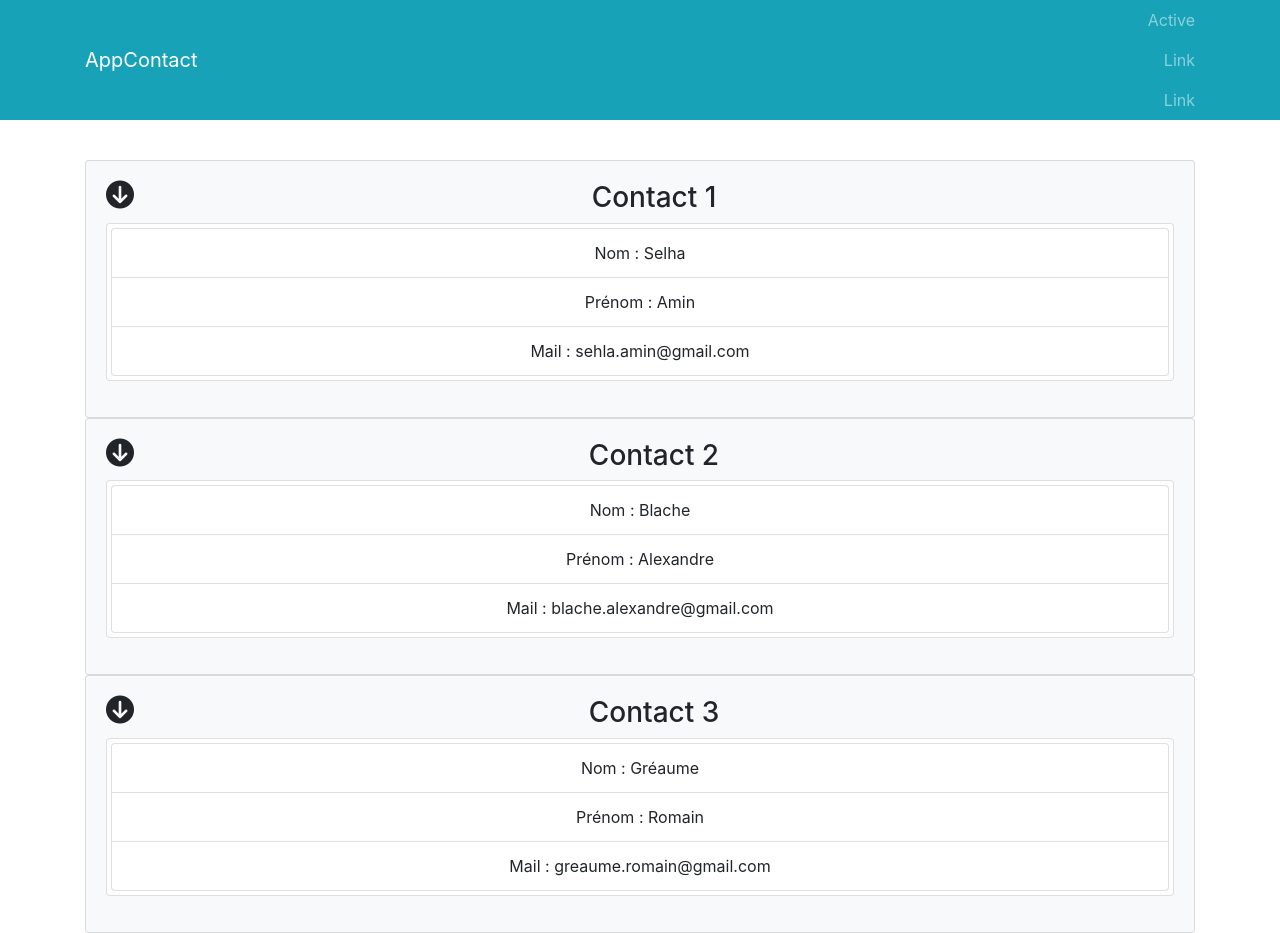
Repository: romgrm/appContact
Page: /
An editor plug-in stored every save of this project. The page is shown before and after the next save, followed by the edit.
The browser window is 1280 px wide. The pictures show the whole page.
Some web libraries are served in a nearby version. The project was rebuilt for these pictures with package versions that can differ from the ones it lists, and the page was loaded fresh each time.

Above is the page before, as saved 2020-12-02 21:23:44.

After the next save:
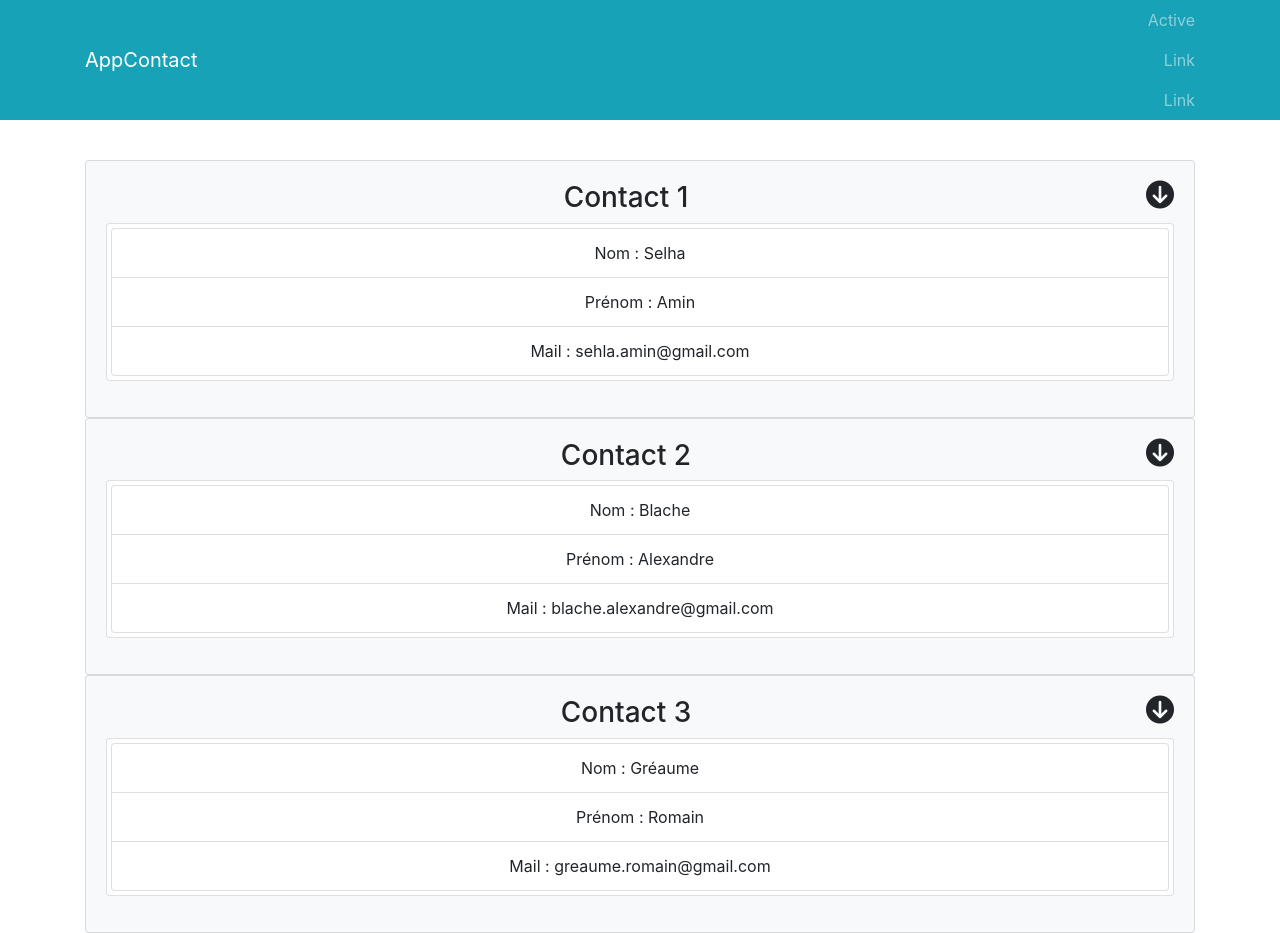
Saved 7 s later.
--- a/src/Components/Contact.js
+++ b/src/Components/Contact.js
@@ -4,7 +4,7 @@ export default class Contact extends Component {
     render() {
         return (
             <div className="card card-body bg-light text-center">
-                <p className="h3">{this.props.Contact}<i className="fas fa-arrow-circle-down" style={{float:"left"}}></i></p>
+                <p className="h3">{this.props.Contact}<i className="fas fa-arrow-circle-down" style={{float:"right"}}></i></p>
                 <ul className="card card-body p-1">
                     <li className="list-group-item"> Nom : {this.props.Nom}</li>
                     <li className="list-group-item"> Prénom : {this.props.Prenom}</li>
